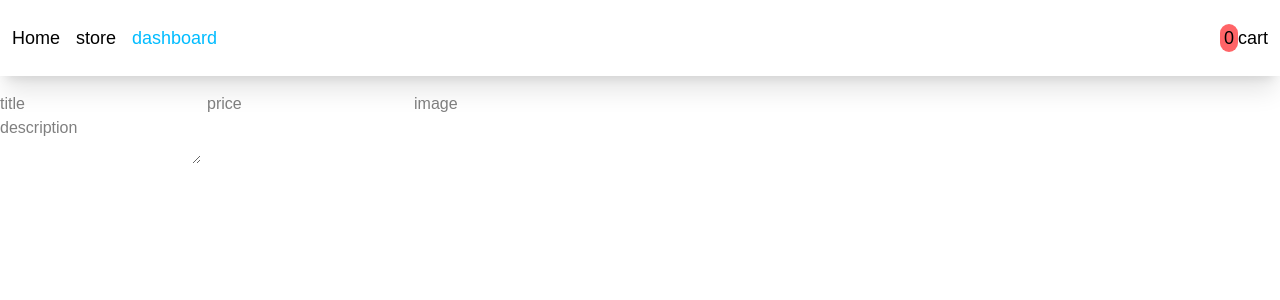
Repository: Rohullah-Noori/Nextjs-online-shop
Page: /dashboard
These files come from the project's save history. The page is drawn as it stood at one moment and after the next save; the edit follows.
The browser window is 1280 px wide. The pictures show the whole page.
The project was rebuilt for these pictures with package versions that can differ from the ones it lists, and the page was loaded fresh each time. The framework's server and built-in components were replaced by stand-ins that run in the browser. Also part of the build but not shown: next.config.ts.

Above is the page before, as saved 2025-05-28 10:35:49.

After the next save:
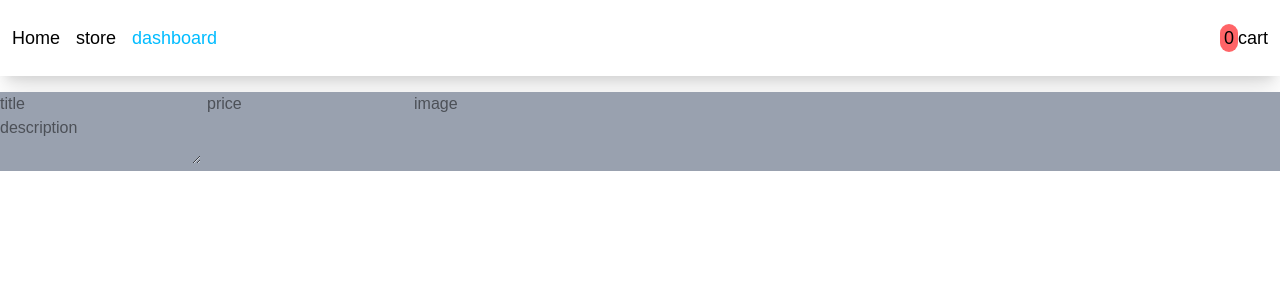
Saved 34 s later.
--- a/src/app/dashboard/page.tsx
+++ b/src/app/dashboard/page.tsx
@@ -3,7 +3,7 @@ import Container from "../components/Container";
 
 export default function Dashboard() {
   return (
-    <div>
+    <div className="bg-gray-400">
       <Container>
         <div>
           <input type="text" placeholder="title" />
